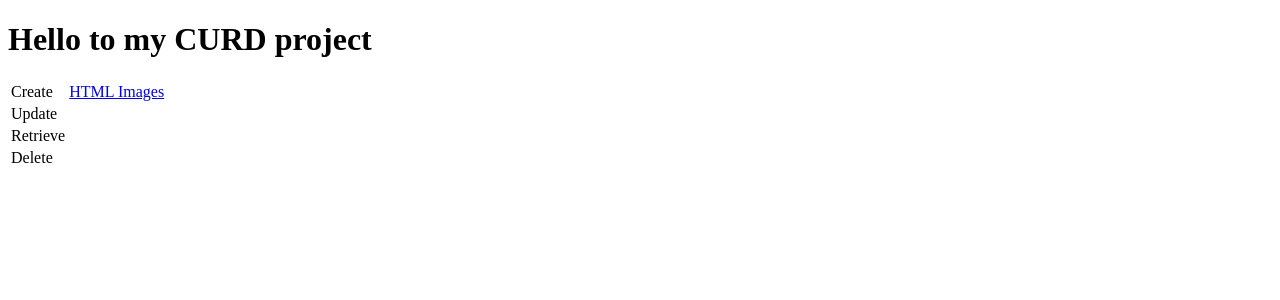
Repository: usaeed/Project2018
Page: curdProject/WebContent/index.html
An editor plug-in stored every save of this project. The page is shown before and after the next save, followed by the edit.
The browser window is 1280 px wide. The pictures show the whole page.

Above is the page before, as saved 2018-02-02 09:52:48.

After the next save:
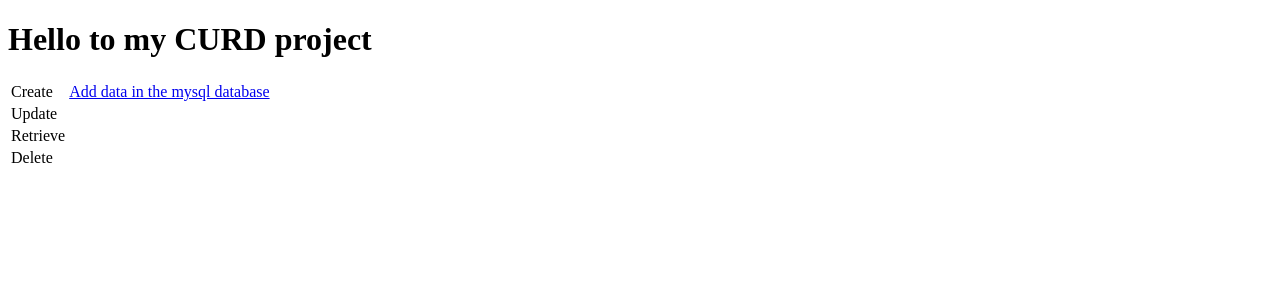
Saved 72 s later.
--- a/curdProject/WebContent/index.html
+++ b/curdProject/WebContent/index.html
@@ -10,7 +10,7 @@
 <table>
 <tr>
 <td>Create</td>
-<td><a href="create.jsp">HTML Images</a></td>
+<td><a href="create.jsp">Add data in the mysql database</a></td>
 </tr>
 <tr>
 <td>Update</td>
